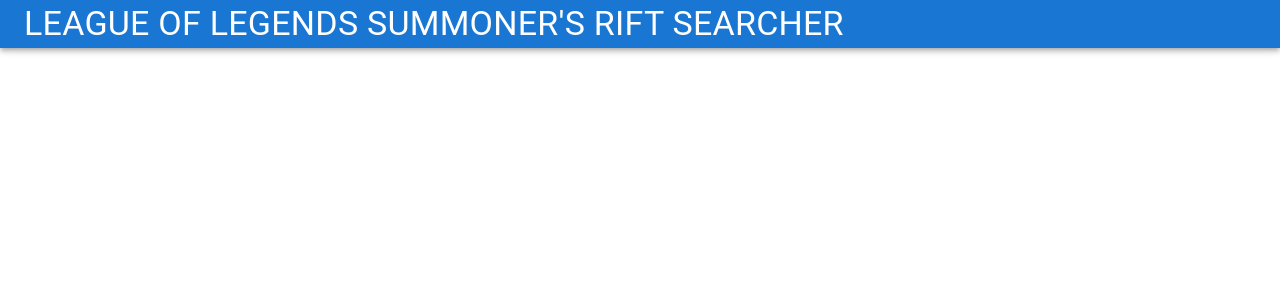
Repository: Mikerr21/League-Of-Legends-API
Page: /
These files come from the project's save history. The page is drawn as it stood at one moment and after a run of saves; the edit follows.
The browser window is 1280 px wide. The pictures show the whole page.
The project was rebuilt for these pictures with package versions that can differ from the ones it lists, and the page was loaded fresh each time.

Above is the page before, as saved 2022-09-23 18:41:36.

### public/index.html
<!DOCTYPE html>
<html lang="en">
  <head>
    <meta charset="utf-8" />
    <link rel="icon" href="%PUBLIC_URL%/favicon.ico" />
    <meta name="viewport" content="width=device-width, initial-scale=1" />
    <meta name="theme-color" content="#000000" />
    <meta
      name="description"
      content="Web site created using create-react-app"
    />
    <link rel="apple-touch-icon" href="%PUBLIC_URL%/logo192.png" />

    <title>React App</title>
  </head>
  <body>
    <noscript>You need to enable JavaScript to run this app.</noscript>
    <div id="root"></div>

  </body>
</html>

### src/App.js
import React from "react";
import { useState } from "react";
import {AppBar} from "@mui/material";
import {Toolbar} from "@mui/material";
import {CssBaseline} from "@mui/material";


import './App.css';
import { Typography } from "@mui/material";
function App() {






  return (
    <div className="App">
      <CssBaseline />

<AppBar position="static" >
  <Toolbar variant="dense" style={{height:'1vh'}}>

    <Typography variant="h4" component="h2">
  LEAGUE OF LEGENDS SUMMONER'S RIFT SEARCHER
</Typography>
  </Toolbar>
</AppBar>
    </div>
  );
}

export default App;

Loaded but not shown: src/index.js (common file); src/index.css (common file); src/App.css (common file)

After the next 2 saves:
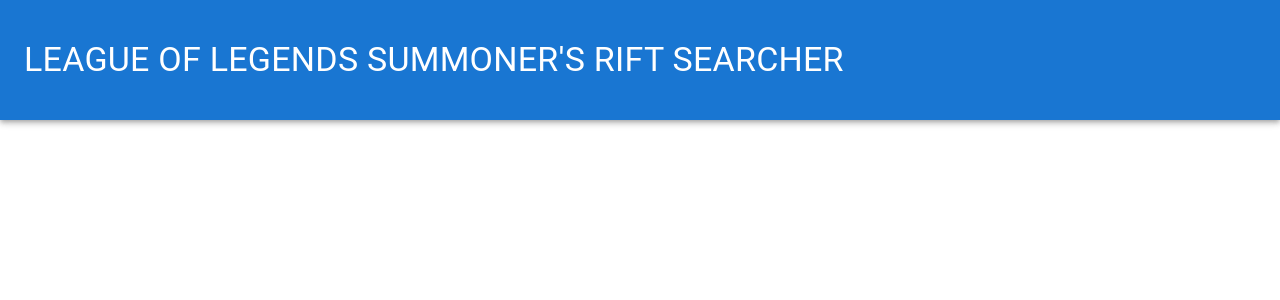
The 2 saves are shown as one change because they came seconds apart.
The last was saved 7 s later.
--- a/src/App.js
+++ b/src/App.js
@@ -19,7 +19,7 @@
       <CssBaseline />
 
 <AppBar position="static" >
-  <Toolbar variant="dense" style={{height:'1vh'}}>
+  <Toolbar variant="dense" style={{height:'120px'}}>
 
     <Typography variant="h4" component="h2">
   LEAGUE OF LEGENDS SUMMONER'S RIFT SEARCHER
